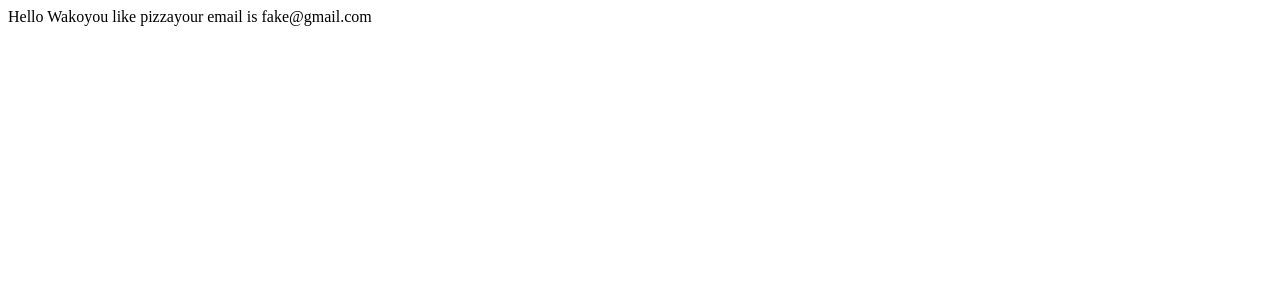
Repository: wakoya-tech/my-php-exercise
Page: http://localhost/
An editor plug-in stored every save of this project. The page is shown before and after the next save, followed by the edit.
The browser window is 1280 px wide. The pictures show the whole page.
The page is run by PHP 8.4 with error messages shown; the project is at /var/www/html/.

Above is the page before, as saved 2025-12-09 09:40:24.

After the next save:
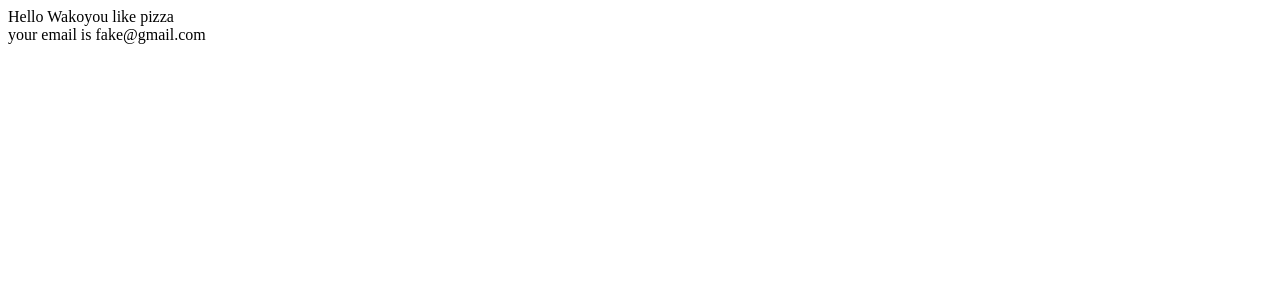
Saved 36 s later.
--- a/Documents/MyPhp/index.php
+++ b/Documents/MyPhp/index.php
@@ -3,5 +3,5 @@ $name = "Wako";
 $food = "pizza";
 $email = "fake@gmail.com";
 echo "Hello {$name}";
-echo "you like {$food}";
+echo "you like {$food} <br>";
 echo "your email is {$email}";
